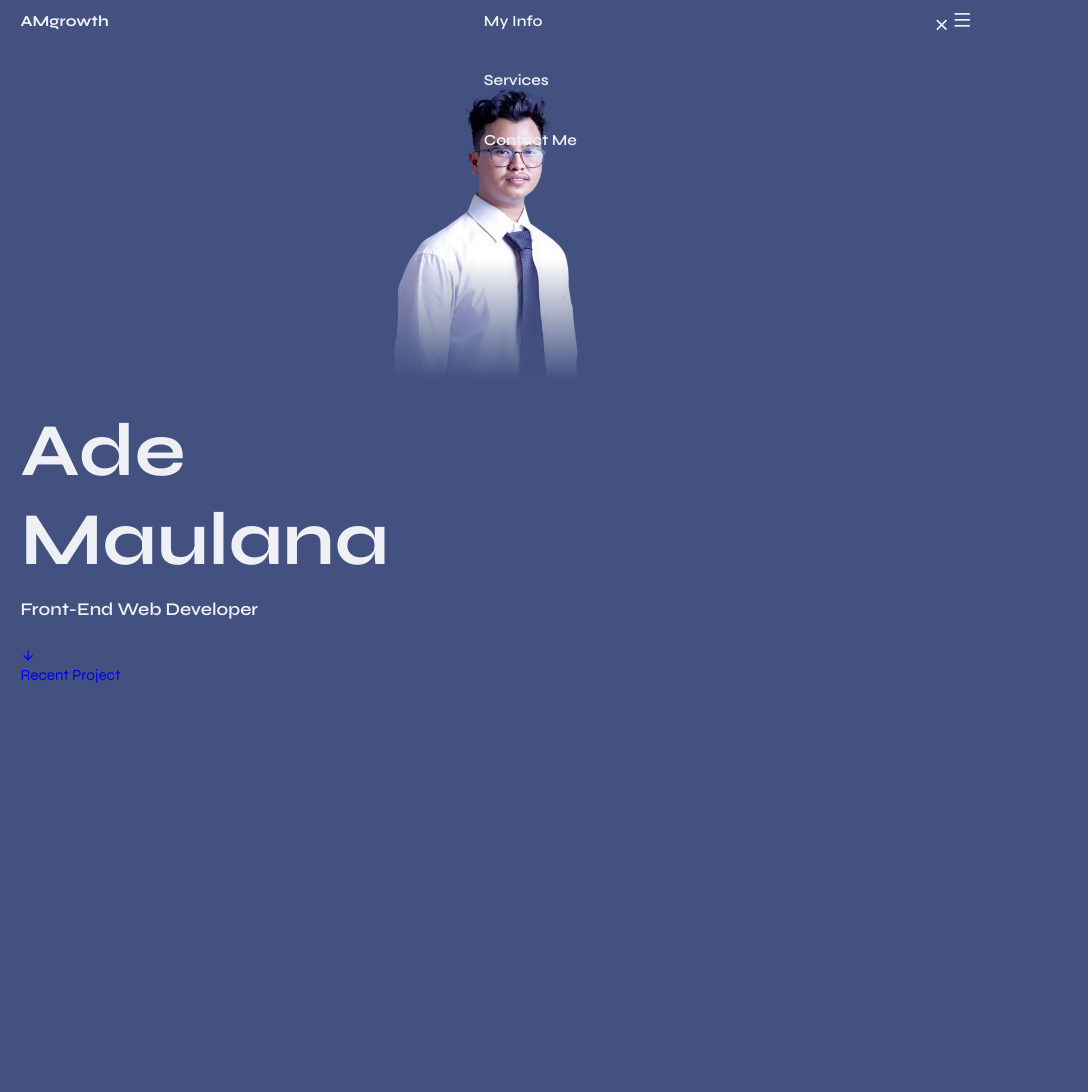
Repository: Ademaulana100499/portofolio
Page: index.html
These files come from the project's save history. The page is drawn as it stood at one moment and after the next save; the edit follows.
The browser window is 1280 px wide. The pictures show the whole page, at 85% of full size.
Some web fonts or font styles are not loaded; a fallback is used.

Above is the page before, as saved 2024-11-28 17:05:33.

### index.html
<!DOCTYPE html>
<html lang="en">
  <head>
    <meta charset="UTF-8" />
    <meta name="viewport" content="width=device-width, initial-scale=1.0" />
    <title>AMgrowth</title>
    <link rel="shortcut icon" href="assets/img/Favicon.png" />
    <link
      href="https://cdn.jsdelivr.net/npm/remixicon/fonts/remixicon.css"
      rel="stylesheet"
    />
    <link rel="stylesheet" href="assets/css/style.css" />
  </head>
  <body>
    <!-- HEADER -->
    <header class="header" id="header">
      <nav class="nav container">
        <a href="#" class="nav__logo">AMgrowth</a>
        <div class="nav__menu" id="nav-menu">
          <ul class="nav__list">
            <li>
              <a href="#home" class="nav__link">Home</a>
            </li>
            <li>
              <a href="#project" class="nav__link">Project</a>
            </li>
            <li>
              <a href="#info" class="nav__link">My Info</a>
            </li>
            <li>
              <a href="#services" class="nav__link">Services</a>
            </li>
            <li>
              <a href="#contact" class="nav__link">Contact Me</a>
            </li>
          </ul>
          <!-- Close Button -->
          <div class="nav__close" id="nav-close">
            <i class="ri-close-line"></i>
          </div>
        </div>

        <!-- Toggle Button -->
        <div class="nav__toggle" id="nav-toggle">
          <i class="ri-menu-line"></i>
        </div>
      </nav>
    </header>

    <!-- MAIN -->
    <main class="main" id="main">
      <!-- HOME -->
      <section class="home section" id="home">
        <div class="home__container container grid">
          <img src="assets/img/Photo.png" alt="image" class="home__img" />
          <div class="home__data">
            <h1 class="home__name">
              Ade <br />
              Maulana
            </h1>
            <h3 class="home__profession">Front-End Web Developer</h3>
          </div>
          <a href="#project" class="home__scroll">
            <div class="home__scroll-box">
              <i class="ri-arrow-down-line"></i>
            </div>
            <span class="home__scroll-text">Recent Project</span>
          </a>
        </div>
      </section>
      <!-- PROJECT -->
      <section class="project section" id="project"></section>
      <!-- INFO -->
      <section class="info section" id="info"></section>
      <!-- SERVICES -->
      <section class="services section" id="services"></section>
      <!-- CONTACT -->
      <section class="contact section" id="contact"></section>
    </main>

    <!-- FOOTER -->
    <footer class="footer" id="footer"></footer>
    <!-- SCROLL UP -->
    <!-- SCROLLREVEAL -->
    <script src=""></script>
    <!-- EMAIL JS -->
    <script src=""></script>
    <!-- MAIN JS -->
    <script src="assets/js/main.js"></script>
  </body>
</html>

### assets/css/style.css
@import url("https://fonts.googleapis.com/css2?family=Kite+One&family=Oooh+Baby&family=Orelega+One&family=Poppins:ital,wght@0,100;0,200;0,300;0,400;0,500;0,600;0,700;0,800;0,900;1,100;1,200;1,300;1,400;1,500;1,600;1,700;1,800;1,900&family=Syne:wght@400..800&display=swap");

/* VARIABLE CSS */
:root {
  --header-height: 3rem;

  /* Colors */
  --hue: 230;
  --first-color: hsl(var(--hue), 55%, 55%);
  --first-color-light: hsl(var(--hue), 55%, 65%);
  --first-color-alt: hsl(var(--hue), 50%, 50%);
  --title-color: hsl(var(--hue), 30%, 95%);
  --text-color: hsl(var(--hue), 20%, 80%);
  --text-color-light: hsl(var(--hue), 20%, 70%);
  --body-color: hsl(225, 32%, 38%);
  --container-color: hsl(var(--hue), 40%, 20%);

  /* Font and typography */
  --body-font: "Syne", sans-serif;
  --biggest-font-size: 3rem;
  --h1-font-size: 1.5rem;
  --h2-font-size: 1.25rem;
  --h3-font-size: 1rem;
  --normal-font-size: 0.938rem;
  --small-font-size: 0.813rem;

  /* Font weight */
  --font-regular: 400;
  --font-semi-bold: 600;
  --font-bold: 700;

  /* z index */
  --z-tooltip: 10;
  --z-fixed: 100;
}
/* Responsive typography */
@media screen and (min-width: 1150px) {
  :root {
    --biggest-font-size: 5.5rem;
    --big-font-size: 2.75rem;
    --h1-font-size: 2.25rem;
    --h2-font-size: 1.5rem;
    --h3-font-size: 1.25rem;
    --normal-font-size: 1.125rem;
    --small-font-size: 0.875rem;
  }
}

/* BASE */
* {
  margin: 0;
  padding: 0;
  box-sizing: border-box;
}

html {
  scroll-behavior: smooth;
}

body,
input,
textarea,
button {
  font-family: var(--body-font);
  font-size: var(--normal-font-size);
}

body {
  background-color: var(--body-color);
  color: var(--text-color);
}
input,
button,
textarea {
  outline: none;
  border: none;
}

h1,
h2,
h3 {
  color: var(--title-color);
  font-weight: var(--font-semi-bold);
}
p {
  line-height: 130%;
}

ul {
  list-style: none;
}

a {
  text-decoration: none;
}

img {
  display: block;
  max-width: 100%;
  height: auto;
}

/* REUSABLE CSS CLASSES */
.container {
  max-width: 1120px;
  margin-inline: 1.5rem;
}

.grid {
  display: grid;
  gap: 1.5rem;
}

.section {
  padding-block: 5rem 2rem;
}

.section__title {
  font-size: var(--h1-font-size);
  text-align: center;
  margin-bottom: 2rem;
  font-weight: var(--font-bold);
}
main {
  overflow: hidden;
}

/* HEADER & NAV */
.header {
  position: fixed;
  width: 100%;
  top: 0;
  left: 0;
  background-color: transparent;
  z-index: var(--z-fixed);
}
.nav {
  position: relative;
  height: var(--header-height);
  display: flex;
  justify-content: space-between;
  align-items: center;
}

.nav__logo {
  color: var(--title-color);
  font-weight: var(--font-bold);
}
.nav__toggle,
.nav__close {
  font-size: 1.5rem;
  cursor: pointer;
  color: var(--title-color);
}
/* Navigation for mobile */
@media screen and (max-width: 1150px) {
  .nav__menu {
    position: fixed;
    top: 0;
    right: -100%;
    background-color: hsla(var(--hue), 70%, 4%, 0.2);
    backdrop-filter: blur(16px);
    -webkit-backdrop-filter: blur(16px);
    width: 80%;
    height: 100%;
    padding: 7rem 3rem;
    transition: right 0.4s;
  }
}
.nav__list {
  display: flex;
  flex-direction: column;
  row-gap: 3rem;
}
.nav__link {
  position: relative;
  color: var(--title-color);
  font-weight: var(--font-semi-bold);
  transition: color 0.4s;
}
.nav__link::after {
  content: "";
  width: 0;
  height: 2px;
  background-color: var(--first-color-light);
  position: absolute;
  left: 0;
  bottom: -0.5rem;
  transition: width 0.3s;
}
.nav__link:hover {
  color: var(--first-color-light);
}
.nav__link:hover::after {
  width: 30%;
}
.nav__close {
  position: absolute;
  top: 1rem;
  right: 1.5rem;
}

/* Show Menu */
.show-menu {
  right: 0;
}
/* Add blur to header */
/* Active link */

/* HOME */
.home__container {
  row-gap: 2rem;
  padding-top: 1rem;
}

.home__img {
  width: 350px;
  justify-self: center;
  mask-image: linear-gradient(
    to bottom,
    hsla(var(--hue), 40%, 16%) 60%,
    transparent 100%
  );
}
.home__name {
  font-size: var(--biggest-font-size);
  font-weight: var(--font-bold);
  word-break: break-word;
  margin-bottom: 1rem;
}

### assets/js/main.js
const navMenu = document.getElementById("nav-menu"),
  navToggle = document.getElementById("nav-toggle"),
  navClose = document.getElementById("nav-close");

if (navToggle) {
  navToggle.addEventListener("click", () => {
    navMenu.classList.add("show-menu");
  });
}

if (navClose) {
  navClose.addEventListener("click", () => {
    navMenu.classList.remove("show-menu");
  });
}

const navLink = document.querySelectorAll(".nav__link");
const linkAction = () => {
  const navMenu = document.getElementById("nav-menu");
  navMenu.classList.remove("show-menu");
};
navLink.forEach((n) => n.addEventListener("click", linkAction));

After the next save:
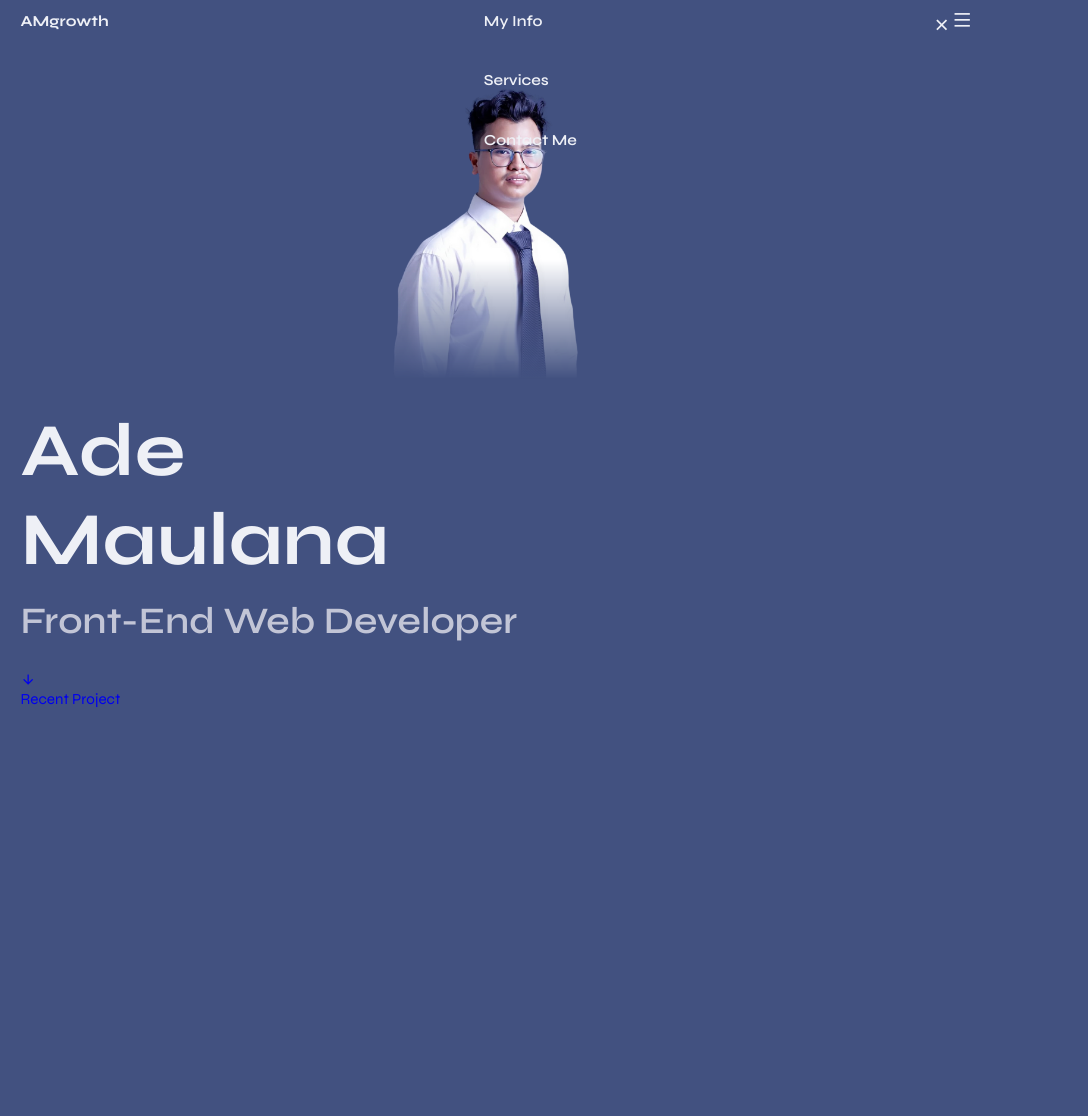
Saved 113 s later.
--- a/assets/css/style.css
+++ b/assets/css/style.css
@@ -228,3 +228,24 @@ main {
   word-break: break-word;
   margin-bottom: 1rem;
 }
+.home__profession {
+  position: relative;
+  font-size: var(--big-font-size);
+  color: var(--text-color);
+}
+.home__social {
+  display: flex;
+  justify-content: center;
+  column-gap: 1.5rem;
+}
+.home__social-link {
+  font-size: 1.5rem;
+  color: var(--title-color);
+  transition: color 0.4s;
+}
+.home__social-link:hover {
+  color: var(--first-color-light);
+}
+.home__info {
+  display: flex;
+  column-gap: 3rem;
